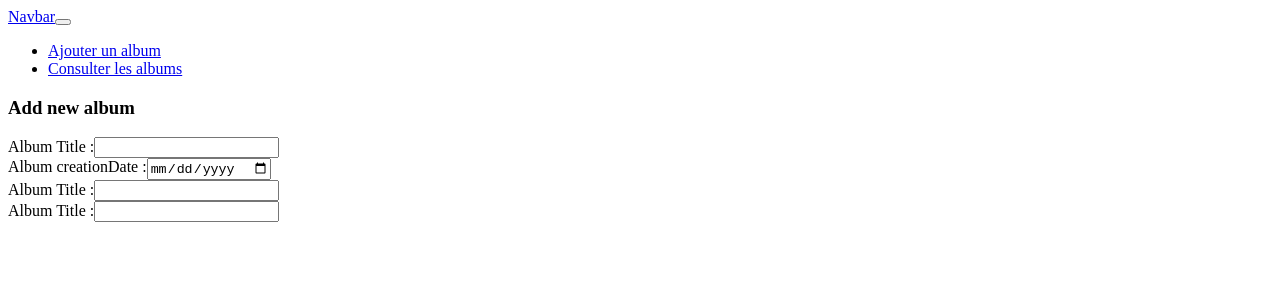
Repository: yassinecher/TestCC4SAE6
Page: /albums/add
An editor plug-in stored every save of this project. The page is shown before and after the next save, followed by the edit.
The browser window is 1280 px wide. The pictures show the whole page.
The project was rebuilt for these pictures with package versions that can differ from the ones it lists, and the page was loaded fresh each time. Also part of the build but not shown: angular.json, src/app/components/albums/albums.component.ts, src/app/components/not-found/not-found.component.ts.

Above is the page before, as saved 2024-12-20 14:35:35.

### src/index.html
<!doctype html>
<html lang="en">
<head>
  <meta charset="utf-8">
  <title>TestCCYassinecherni</title>
  <base href="/">
  <meta name="viewport" content="width=device-width, initial-scale=1">
  <link rel="icon" type="image/x-icon" href="favicon.ico">
</head>
<body>
  <app-root></app-root>
</body>
</html>

### src/app/app.module.ts
import { NgModule } from '@angular/core';
import { BrowserModule } from '@angular/platform-browser';

import { AppComponent } from './app.component';
import { AppRoutingModule } from './app-routing.module';
import { NavBarComponent } from './components/nav-bar/nav-bar.component';
import { AlbumsComponent } from './components/albums/albums.component';
import { AddAlbumsComponent } from './components/add-albums/add-albums.component';
import { NotFoundComponent } from './components/not-found/not-found.component';
import { FormsModule, ReactiveFormsModule } from '@angular/forms';

@NgModule({
  declarations: [
    AppComponent,
    NavBarComponent,
    AlbumsComponent,
    AddAlbumsComponent,
    NotFoundComponent,

  ],
  imports: [
    BrowserModule,
    AppRoutingModule,
    FormsModule,

    ReactiveFormsModule
  ],
  providers: [],
  bootstrap: [AppComponent]
})
export class AppModule { }

### src/app/app.component.ts
import { Component } from '@angular/core';

@Component({
  selector: 'app-root',
  templateUrl: './app.component.html',
  styleUrls: ['./app.component.css']
})
export class AppComponent {
  title = 'testCC_Yassinecherni';
}

### src/app/app-routing.module.ts
import { NgModule } from '@angular/core';
import { RouterModule, Routes } from '@angular/router';
import { AlbumsComponent } from './components/albums/albums.component';
import { AddAlbumsComponent } from './components/add-albums/add-albums.component';
import { NotFoundComponent } from './components/not-found/not-found.component';

const routes: Routes = [
  { path: 'albums', component: AlbumsComponent },
  { path: '', redirectTo: '/albums', pathMatch: 'full' },

  { path: 'albums/add', component: AddAlbumsComponent },
  { path: '**', component: NotFoundComponent },
];

@NgModule({
  imports: [RouterModule.forRoot(routes)],
  exports: [RouterModule]
})
export class AppRoutingModule { }

### src/app/components/add-albums/add-albums.component.ts
import { Component, OnInit } from '@angular/core';
import { FormControl, FormGroup, Validators } from '@angular/forms';

@Component({
  selector: 'app-add-albums',
  templateUrl: './add-albums.component.html',
  styleUrls: ['./add-albums.component.css']
})
export class AddAlbumsComponent  {
  album!: FormGroup;
  ngOnInit(): void {
    this.album = new FormGroup({
      title: new FormControl('', [
        Validators.required,
      ]),
      creationDate: new FormControl('', [
        Validators.required,

      ]),
      archived: new FormControl('', [
        Validators.required,

      ]),
      coverPicture: new FormControl('', [Validators.required]),
      photos: new FormControl('', [Validators.required]),

    });

  }
}

### src/app/app.component.html
<app-nav-bar>
</app-nav-bar>

  <router-outlet></router-outlet>

### src/app/components/nav-bar/nav-bar.component.html
<nav class="navbar navbar-expand-lg navbar-light bg-light">
    <div class="container-fluid">
        <a class="navbar-brand" href="#">Navbar</a>
        <button class="navbar-toggler" type="button" data-bs-toggle="collapse" data-bs-target="#navbarNav"
            aria-controls="navbarNav" aria-expanded="false" aria-label="Toggle navigation">
            <span class="navbar-toggler-icon"></span>
        </button>
        <div class="collapse navbar-collapse" id="navbarNav">
            <ul class="navbar-nav">
                <li class="nav-item">
                    <a class="nav-link active" aria-current="page"
                    routerLink="/albums/add">Ajouter un album</a>
                </li>
                <li class="nav-item">
                    <a class="nav-link active" aria-current="page"
                    routerLink="/albums">Consulter les albums</a>
                </li>
            </ul>
        </div>
    </div>
</nav>

### src/app/components/add-albums/add-albums.component.html
<div class="container">
    <div class="row">
        <h3>Add new album</h3>
    </div>
    <div class="row">
        <form [formGroup]="album">
            <div class="mb-3">
                <label>Album Title :</label>
                <input type="text" class="form-control" formControlName="title">
                <div class="alert alert-danger" *ngIf="album.get('title')!.invalid
                && (album.get('title')!.touched||album.get('title')!.dirty)">
                    <div *ngIf="album.get('title')!.hasError('required')">
                        album number is required</div>
                    <div *ngIf="album.get('title')!.hasError('pattern')">
                        album number invalid</div>
                </div>
            </div>
            <div class="mb-3">
                <label>Album creationDate :</label>
                <input type="date" class="form-control" formControlName="creationDate">
                <div class="alert alert-danger" *ngIf="album.get('creationDate')!.invalid
                && (album.get('creationDate')!.touched||album.get('creationDate')!.dirty)">
                    <div *ngIf="album.get('title')!.hasError('required')">
                        album number is required</div>
                    <div *ngIf="album.get('title')!.hasError('pattern')">
                        album number invalid</div>
                </div>
            </div>
            <div class="mb-3">
                <label>Album Title :</label>
                <input class="form-control" formControlName="title">
                <div class="alert alert-danger" *ngIf="album.get('title')!.invalid
                && (album.get('title')!.touched||album.get('title')!.dirty)">
                    <div *ngIf="album.get('title')!.hasError('required')">
                        album number is required</div>
                    <div *ngIf="album.get('title')!.hasError('pattern')">
                        album number invalid</div>
                </div>
            </div>
            <div class="mb-3">
                <label>Album Title :</label>
                <input class="form-control" formControlName="title">
                <div class="alert alert-danger" *ngIf="album.get('title')!.invalid
                && (album.get('title')!.touched||album.get('title')!.dirty)">
                    <div *ngIf="album.get('title')!.hasError('required')">
                        album number is required</div>
                    <div *ngIf="album.get('title')!.hasError('pattern')">
                        album number invalid</div>
                </div>
            </div>
        </form>
    </div>
</div>

Loaded but not shown: src/styles.css (common file); src/main.ts (common file); src/app/components/nav-bar/nav-bar.component.ts (common file); src/app/app.component.css (no stored copy; drawn as an empty file); src/app/components/add-albums/add-albums.component.css (no stored copy; drawn as an empty file); src/app/components/nav-bar/nav-bar.component.css (no stored copy; drawn as an empty file)

After the next save:
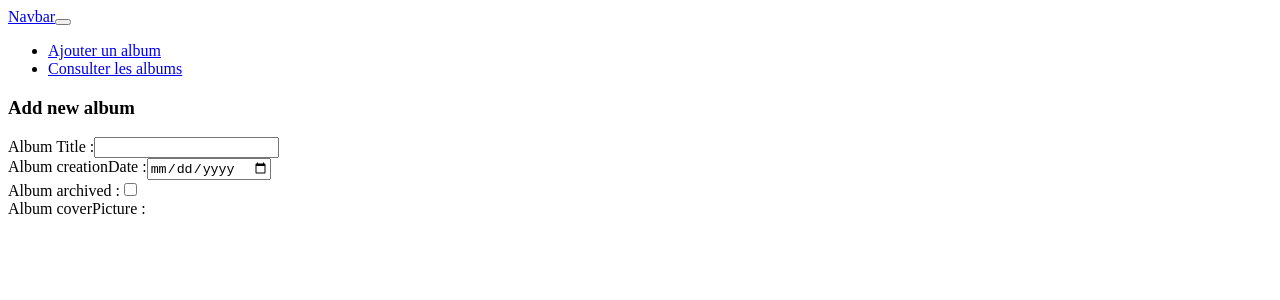
Saved 86 s later.
--- a/src/app/components/add-albums/add-albums.component.html
+++ b/src/app/components/add-albums/add-albums.component.html
@@ -27,24 +27,17 @@
                 </div>
             </div>
             <div class="mb-3">
-                <label>Album Title :</label>
-                <input class="form-control" formControlName="title">
-                <div class="alert alert-danger" *ngIf="album.get('title')!.invalid
-                && (album.get('title')!.touched||album.get('title')!.dirty)">
-                    <div *ngIf="album.get('title')!.hasError('required')">
-                        album number is required</div>
-                    <div *ngIf="album.get('title')!.hasError('pattern')">
-                        album number invalid</div>
-                </div>
+                <label>Album archived :</label>
+                <input type="checkbox" class="form-control" formControlName="archived">
             </div>
             <div class="mb-3">
-                <label>Album Title :</label>
-                <input class="form-control" formControlName="title">
-                <div class="alert alert-danger" *ngIf="album.get('title')!.invalid
-                && (album.get('title')!.touched||album.get('title')!.dirty)">
-                    <div *ngIf="album.get('title')!.hasError('required')">
+                <label>Album coverPicture :</label>
+                <input type="image" class="form-control" formControlName="coverPicture">
+                <div class="alert alert-danger" *ngIf="album.get('coverPicture')!.invalid
+                && (album.get('coverPicture')!.touched||album.get('coverPicture')!.dirty)">
+                    <div *ngIf="album.get('coverPicture')!.hasError('required')">
                         album number is required</div>
-                    <div *ngIf="album.get('title')!.hasError('pattern')">
+                    <div *ngIf="album.get('coverPicture')!.hasError('pattern')">
                         album number invalid</div>
                 </div>
             </div>
